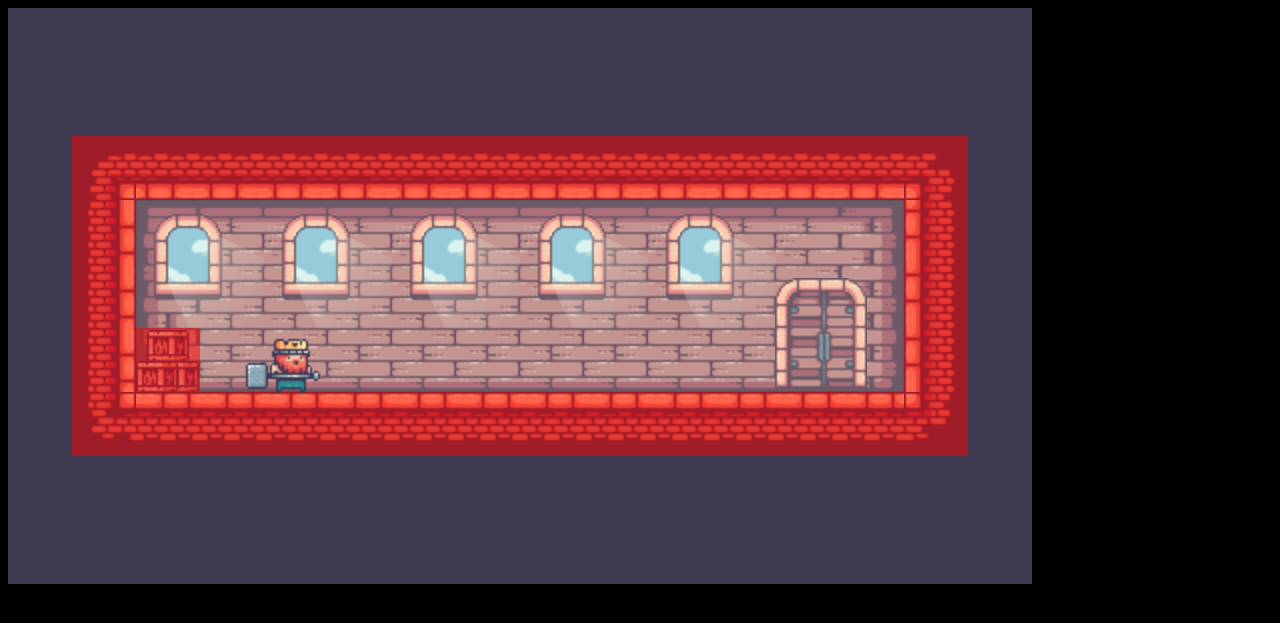
Repository: kassemKu/vanilla_kings_and_pigs
Page: index.html
An editor plug-in stored every save of this project. The page is shown before and after the next save, followed by the edit.
The browser window is 1280 px wide. The pictures show the whole page.

Above is the page before, as saved 2022-11-12 22:31:33.

After the next save:
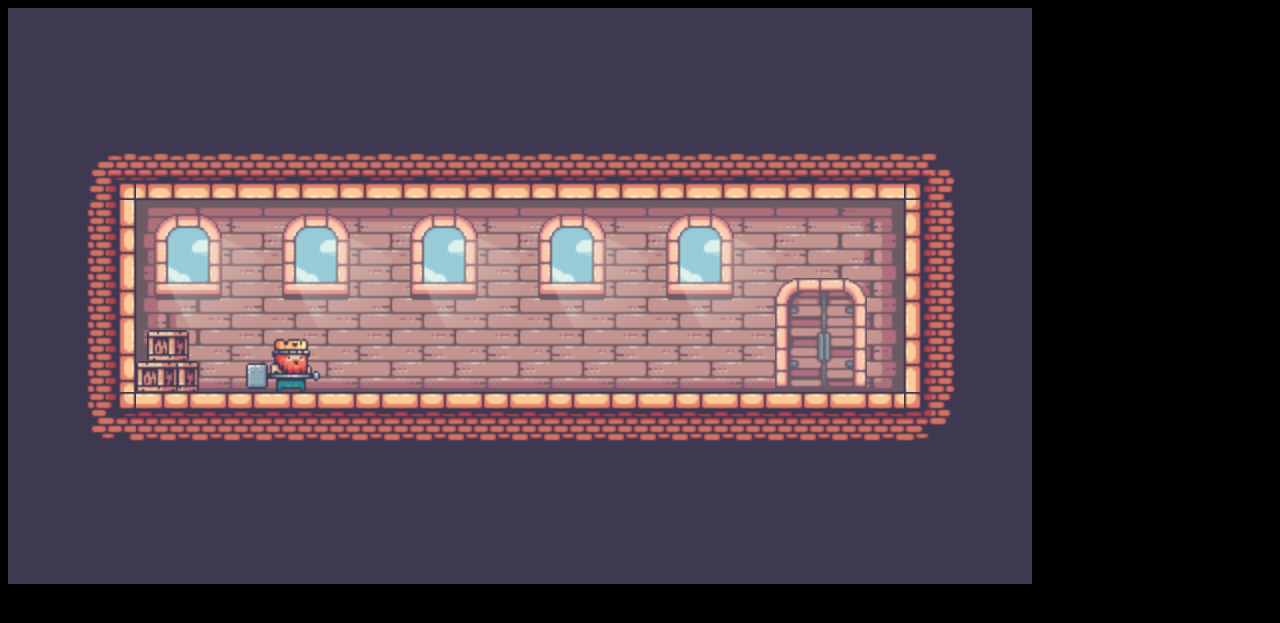
Saved 65 s later.
--- a/main.js
+++ b/main.js
@@ -186,9 +186,9 @@ function animate() {
   window.requestAnimationFrame(animate);
 
   background.draw();
-  collisionBlocks.forEach((collisionBlock) => {
-    collisionBlock.draw();
-  });
+  // collisionBlocks.forEach((collisionBlock) => {
+  //   collisionBlock.draw();
+  // });
 
   doors.forEach((door) => {
     door.draw();
